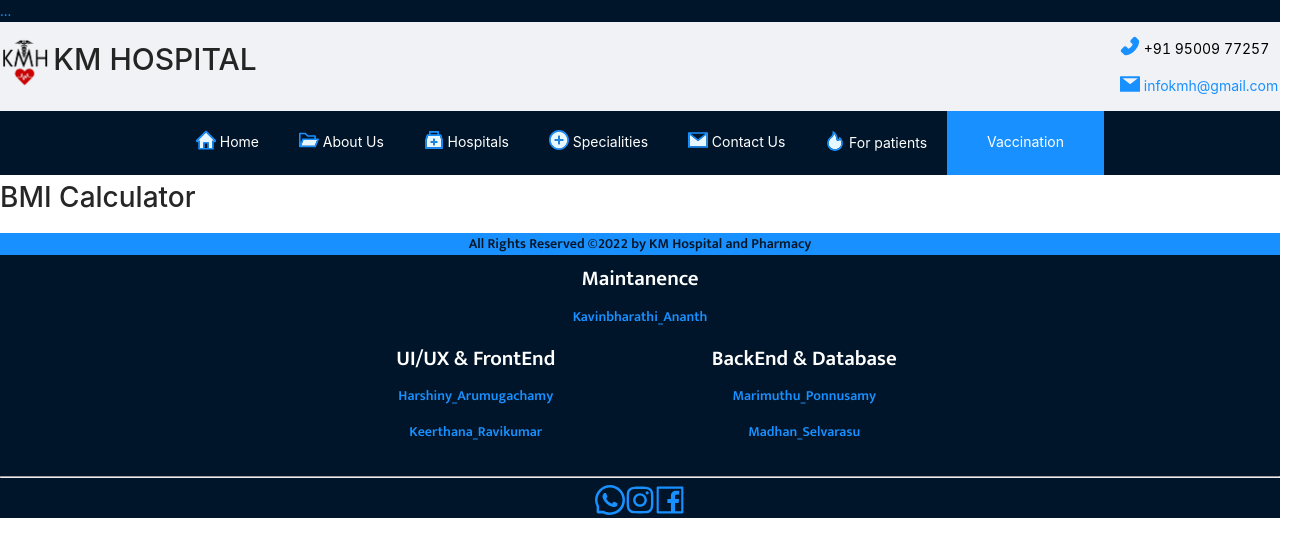
Repository: marimuthu1001/KHM-hospital
Page: /bmicalculator (app in km-hospital/)
An editor plug-in stored every save of this project. The page is shown before and after the next save, followed by the edit.
The browser window is 1280 px wide. The page is 1297 px wide, so the pictures cover 1297 px, including what lies to the right of the window. The pictures show the whole page.
The project was rebuilt for these pictures with package versions that can differ from the ones it lists, and the page was loaded fresh each time. Also part of the build but not shown: km-hospital/src/Styles/ContactUs.module.css, km-hospital/src/Pages/ContactUs.jsx, km-hospital/src/Pages/AboutUS.jsx, km-hospital/src/Styles/Specialities.module.css, km-hospital/src/firebase.js, km-hospital/src/Pages/Specialities.jsx, km-hospital/src/Pages/Feedback.jsx.

Above is the page before, as saved 2022-01-25 14:10:23.

After the next save:
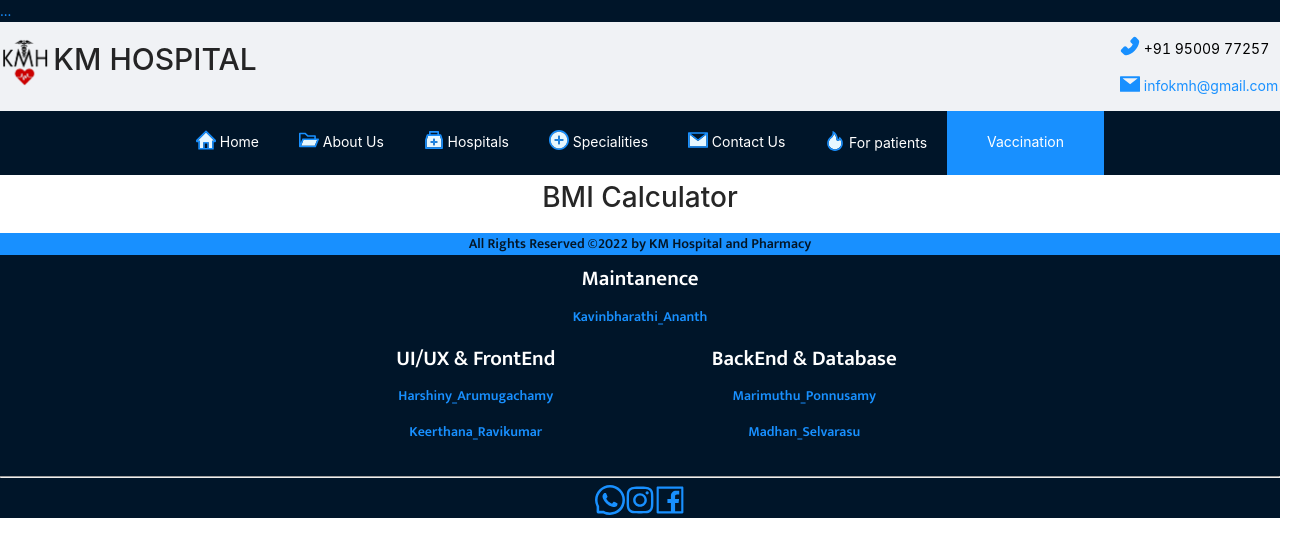
Saved 43 s later.
--- a/km-hospital/src/Pages/For Patients/Bmi_Calculator.jsx
+++ b/km-hospital/src/Pages/For Patients/Bmi_Calculator.jsx
@@ -12,7 +12,7 @@ function Bmi_Calculator() {
              </HelmetProvider>
 
              <div >
-                <h1>BMI Calculator</h1>
+                <h1 style={{textAlign: 'center'}}>BMI Calculator</h1>
             </div>
 
         </div>
